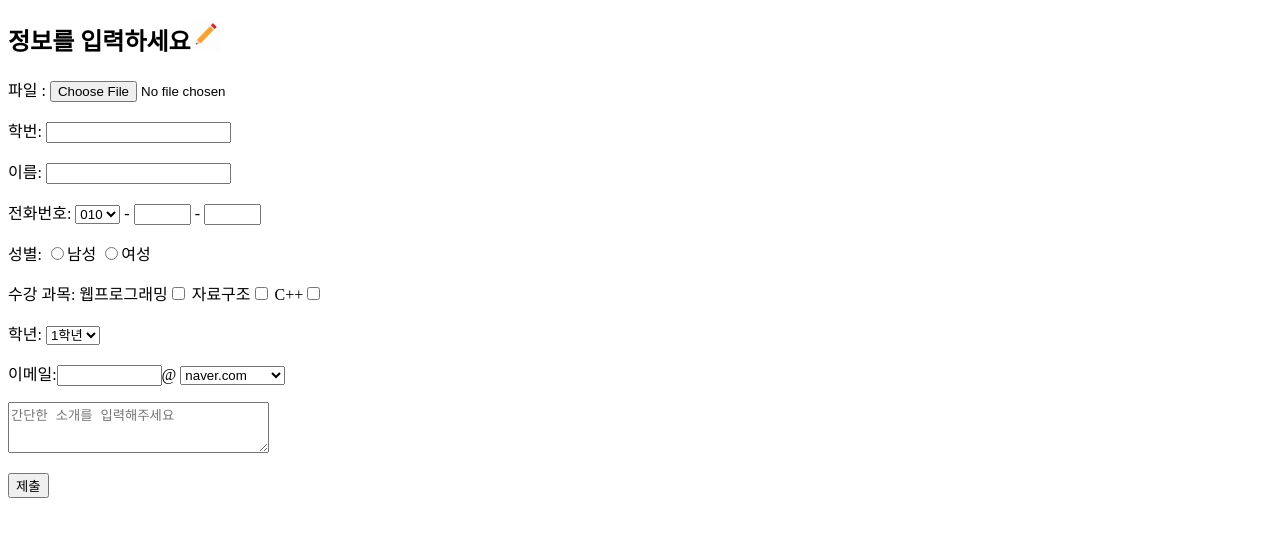
Repository: xxeionw/java_form
Page: http://localhost/formpro/form.jsp
An editor plug-in stored every save of this project. The page is shown before and after a run of saves, followed by the edit.
The browser window is 1280 px wide. The pictures show the whole page.
The page is served by Tomcat 9.

Above is the page before, as saved 2025-05-27 09:54:49.

After the next 2 saves:
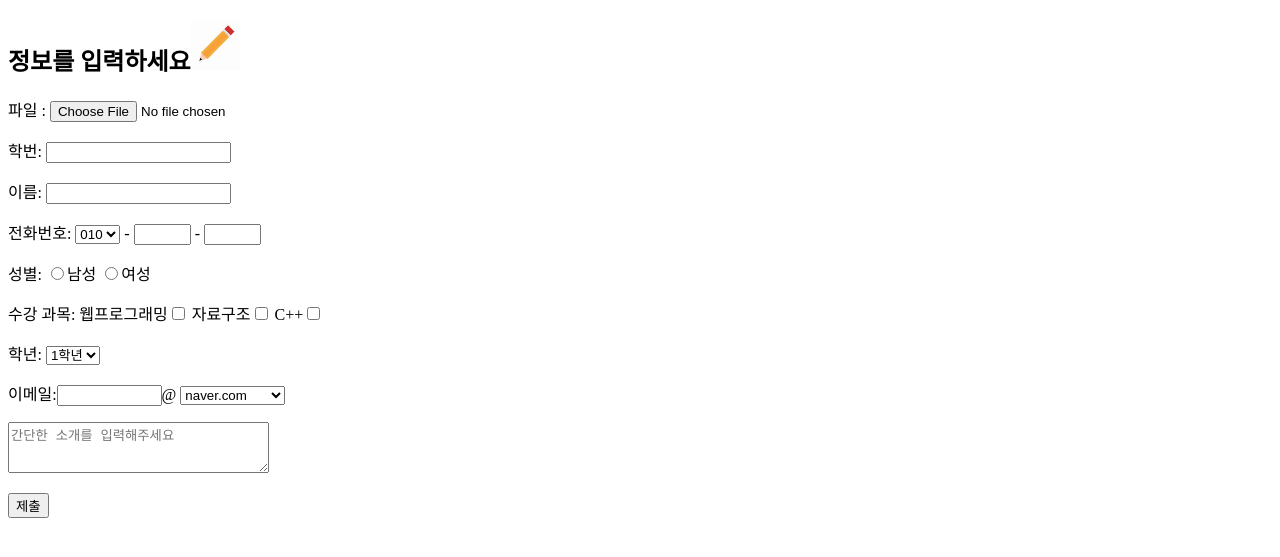
The 2 saves are shown as one change because they came seconds apart.
The last was saved 20 s later.
--- a/formpro/src/main/webapp/form.jsp
+++ b/formpro/src/main/webapp/form.jsp
@@ -7,7 +7,7 @@
 <title>입력 폼</title>
 </head>
 <body>
-	<h2> 정보를 입력하세요<img src="image/pencil.jpeg" alt="사진" height="30"></h2>
+	<h2> 정보를 입력하세요<img src="image/pencil.jpeg" alt="사진" height="50" vertical-align: middle;></h2>
     <form action="result.jsp" method="post" enctype="multipart/form-data" >
         <p>파일 : <input type="file" name="filename">
         <p>학번: <input type="text" name="studentId"></p>

After the 2 saves that followed:
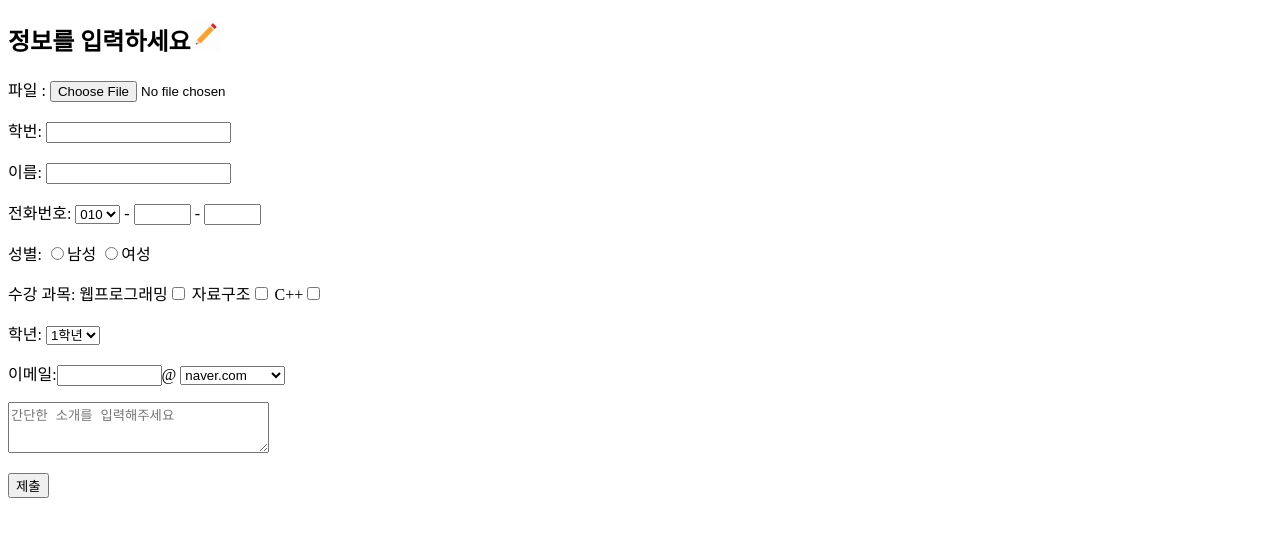
The 2 saves are shown as one change because 1 left the picture as it was.
The last was saved 78 s later.
--- a/formpro/src/main/webapp/form.jsp
+++ b/formpro/src/main/webapp/form.jsp
@@ -7,7 +7,7 @@
 <title>입력 폼</title>
 </head>
 <body>
-	<h2> 정보를 입력하세요<img src="image/pencil.jpeg" alt="사진" height="50" vertical-align: middle;></h2>
+	<h2> 정보를 입력하세요<img src="image/pencil.jpeg" alt="사진" style = height:30px; vertical-align: middle;"></h2>
     <form action="result.jsp" method="post" enctype="multipart/form-data" >
         <p>파일 : <input type="file" name="filename">
         <p>학번: <input type="text" name="studentId"></p>
